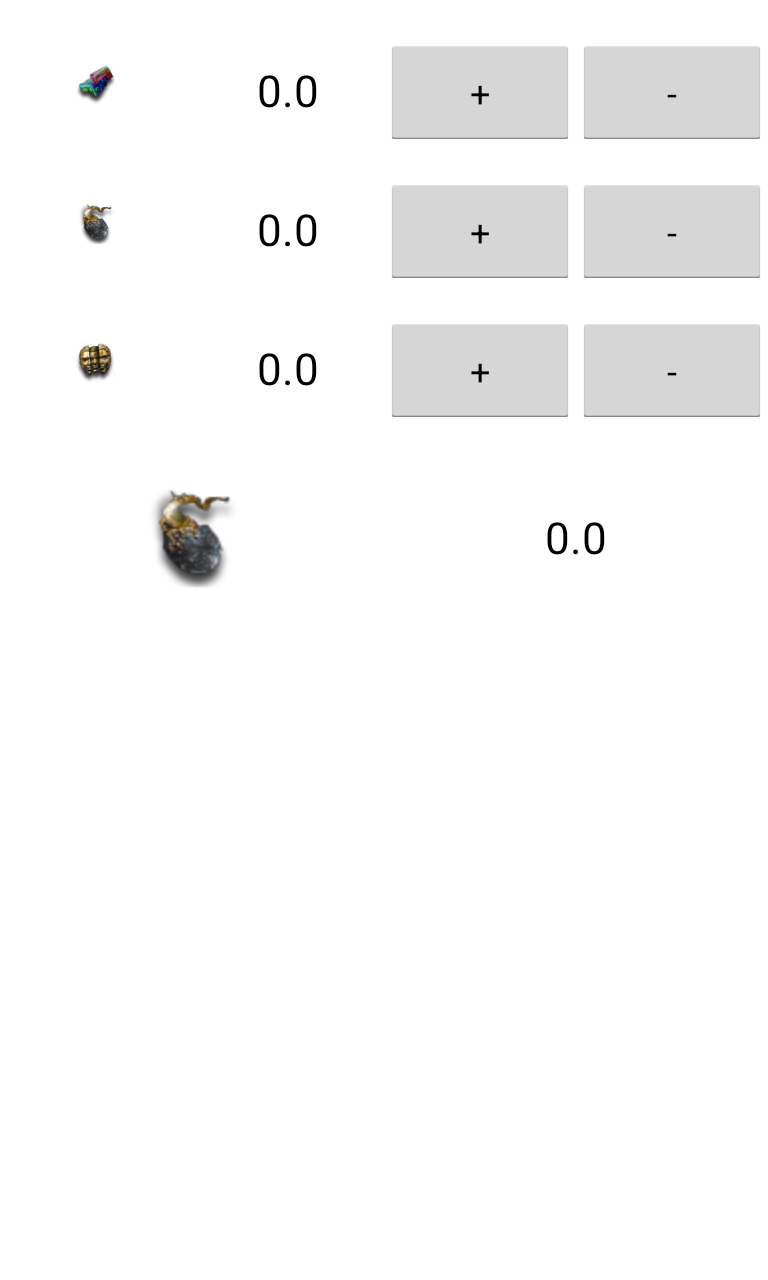
Repository: erictoddhagen/StartingAndriod
Layout: MyFirstApp/OrbTradeTracker/res/layout/activity_main.xml
An editor plug-in stored every save of this project. The layout is shown before and after the next save, followed by the edit.
It is drawn on a 768 x 1280 px phone screen (xhdpi) without system bars, with theme AppTheme; the app's code is not run.

Above is the layout before, as saved 2013-02-03 20:27:14.

### MyFirstApp/OrbTradeTracker/res/layout/activity_main.xml
<?xml version="1.0" encoding="utf-8"?>
<!-- Parent linear layout with vertical orientation -->
<LinearLayout
  xmlns:android="http://schemas.android.com/apk/res/android"
  android:orientation="vertical"
  android:layout_width="match_parent"
  android:layout_height="match_parent">


 <LinearLayout android:layout_width="fill_parent"
               android:layout_height="wrap_content"
               android:orientation="horizontal"
               android:layout_marginTop="15dip">

      <ImageView
        android:id="@+id/imageChrom"
        android:layout_width="fill_parent"
        android:layout_height="fill_parent"
        android:padding="15dip"
        android:layout_weight="1"
        android:gravity="center"
        android:src="@drawable/chromatic" />

    <TextView
        android:id="@+id/chromTextView"
        android:layout_width="fill_parent"
        android:layout_height="fill_parent"
        android:text="0.0"
        android:padding="15dip"
        android:layout_weight="1"
        android:gravity="center"
        android:textAppearance="?android:attr/textAppearanceLarge" />

    <Button
        android:id="@+id/chromButtonAdd"
        android:layout_width="fill_parent"
        android:layout_height="wrap_content"
        android:padding="15dip"
        android:layout_weight="1"
        android:gravity="center"
        android:text="+" />

    <Button
        android:id="@+id/chromButtonSub"
        android:layout_width="fill_parent"
        android:layout_height="wrap_content"
        android:padding="15dip"
        android:layout_weight="1"
        android:gravity="center"
        android:text="-" />
</LinearLayout>

 <LinearLayout android:layout_width="fill_parent"
               android:layout_height="wrap_content"
               android:orientation="horizontal"
               android:layout_marginTop="15dip">

      <ImageView
        android:id="@+id/imageAlch"
        android:layout_width="fill_parent"
        android:layout_height="fill_parent"
        android:padding="15dip"
        android:layout_weight="1"
        android:gravity="center"
        android:src="@drawable/alchemy" />

    <TextView
        android:id="@+id/alchTextView"
        android:layout_width="fill_parent"
        android:layout_height="fill_parent"
        android:text="0.0"
        android:padding="15dip"
        android:layout_weight="1"
        android:gravity="center"
        android:textAppearance="?android:attr/textAppearanceLarge" />

    <Button
        android:id="@+id/alchButtonAdd"
        android:layout_width="fill_parent"
        android:layout_height="wrap_content"
        android:padding="15dip"
        android:layout_weight="1"
        android:gravity="center"
        android:text="+" />

    <Button
        android:id="@+id/alchButtonSub"
        android:layout_width="fill_parent"
        android:layout_height="wrap_content"
        android:padding="15dip"
        android:layout_weight="1"
        android:gravity="center"
        android:text="-" />
</LinearLayout>

 <LinearLayout android:layout_width="fill_parent"
               android:layout_height="wrap_content"
               android:orientation="horizontal"
               android:layout_marginTop="15dip">

      <ImageView
        android:id="@+id/imageVChaos"
        android:layout_width="fill_parent"
        android:layout_height="fill_parent"
        android:padding="15dip"
        android:layout_weight="1"
        android:gravity="center"
        android:src="@drawable/chaos" />

      <TextView
        android:id="@+id/chaosTextView"
        android:layout_width="fill_parent"
        android:layout_height="fill_parent"
        android:text="0.0"
        android:padding="15dip"
        android:layout_weight="1"
        android:gravity="center"
        android:textAppearance="?android:attr/textAppearanceLarge" />

    <Button
        android:id="@+id/chaosButtonAdd"
        android:layout_width="fill_parent"
        android:layout_height="wrap_content"
        android:padding="15dip"
        android:layout_weight="1"
        android:gravity="center"
        android:text="+" />

    <Button
        android:id="@+id/chaosButtonSub"
        android:layout_width="fill_parent"
        android:layout_height="wrap_content"
        android:padding="15dip"
        android:layout_weight="1"
        android:gravity="center"
        android:text="-" />
</LinearLayout>

<LinearLayout android:layout_width="fill_parent"
               android:layout_height="wrap_content"
               android:orientation="horizontal"
               android:layout_marginTop="15dip">

      <ImageView
        android:id="@+id/imageAlch"
        android:layout_width="fill_parent"
        android:layout_height="fill_parent"
        android:padding="15dip"
        android:layout_weight="1"
        android:gravity="center"
        android:src="@drawable/alchemy" />

    <TextView
        android:id="@+id/alchTotal"
        android:layout_width="fill_parent"
        android:layout_height="fill_parent"
        android:text="0.0"
        android:padding="15dip"
        android:layout_weight="1"
        android:gravity="center"
        android:textAppearance="?android:attr/textAppearanceLarge" />

</LinearLayout>

</LinearLayout>

Loaded but not shown: MyFirstApp/OrbTradeTracker/res/values/styles.xml (common file); MyFirstApp/OrbTradeTracker/res/values-v11/styles.xml (common file); MyFirstApp/OrbTradeTracker/res/values-v14/styles.xml (common file)

After the next save:
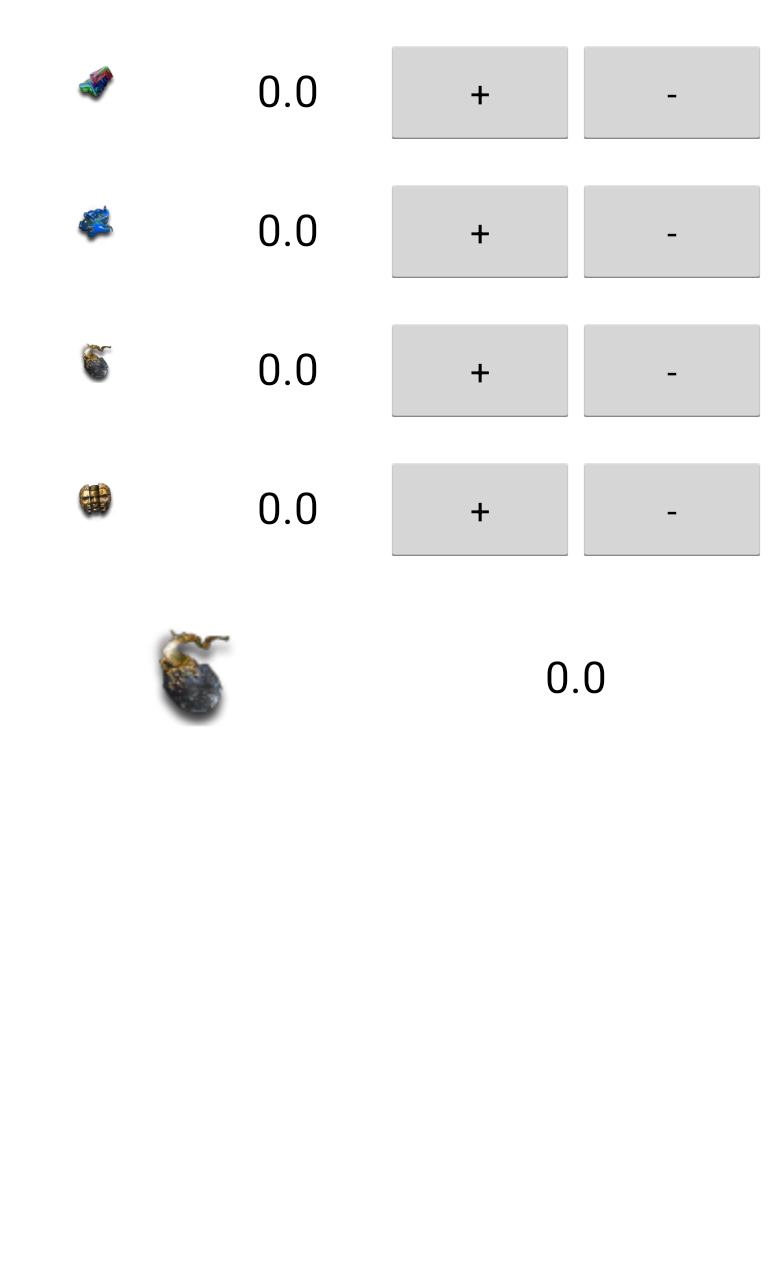
Saved 71 s later.
--- a/MyFirstApp/OrbTradeTracker/res/layout/activity_main.xml
+++ b/MyFirstApp/OrbTradeTracker/res/layout/activity_main.xml
@@ -50,6 +50,49 @@
         android:text="-" />
 </LinearLayout>
 
+  <LinearLayout android:layout_width="fill_parent"
+               android:layout_height="wrap_content"
+               android:orientation="horizontal"
+               android:layout_marginTop="15dip">
+
+      <ImageView
+        android:id="@+id/imageAlter"
+        android:layout_width="fill_parent"
+        android:layout_height="fill_parent"
+        android:padding="15dip"
+        android:layout_weight="1"
+        android:gravity="center"
+        android:src="@drawable/alteration" />
+
+    <TextView
+        android:id="@+id/alterTextView"
+        android:layout_width="fill_parent"
+        android:layout_height="fill_parent"
+        android:text="0.0"
+        android:padding="15dip"
+        android:layout_weight="1"
+        android:gravity="center"
+        android:textAppearance="?android:attr/textAppearanceLarge" />
+
+    <Button
+        android:id="@+id/alterButtonAdd"
+        android:layout_width="fill_parent"
+        android:layout_height="wrap_content"
+        android:padding="15dip"
+        android:layout_weight="1"
+        android:gravity="center"
+        android:text="+" />
+
+    <Button
+        android:id="@+id/chromButtonSub"
+        android:layout_width="fill_parent"
+        android:layout_height="wrap_content"
+        android:padding="15dip"
+        android:layout_weight="1"
+        android:gravity="center"
+        android:text="-" />
+</LinearLayout>
+
  <LinearLayout android:layout_width="fill_parent"
                android:layout_height="wrap_content"
                android:orientation="horizontal"
